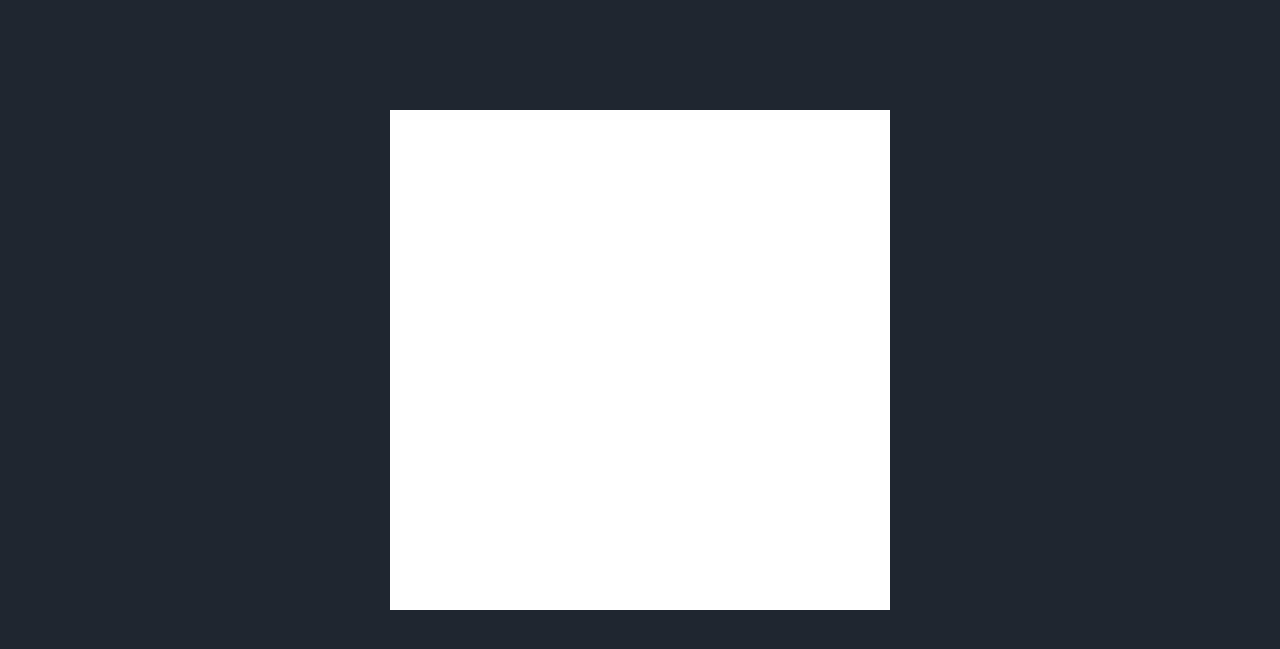
Repository: thecodeholic/cst-javascript-course
Page: /
An editor plug-in stored every save of this project. The page is shown before and after the next save, followed by the edit.
The browser window is 1280 px wide. The pictures show the whole page.
The project was rebuilt for these pictures with package versions that can differ from the ones it lists, and the page was loaded fresh each time.

Above is the page before, as saved 2020-11-25 09:32:31.

### index.html
<!doctype html>
<html lang="en">
  <head>
    <!-- Required meta tags -->
    <meta charset="utf-8">
    <meta name="viewport" content="width=device-width, initial-scale=1, shrink-to-fit=no">

    <!-- Bootstrap CSS -->
    <link rel="stylesheet" href="https://stackpath.bootstrapcdn.com/bootstrap/4.5.2/css/bootstrap.min.css" integrity="sha384-JcKb8q3iqJ61gNV9KGb8thSsNjpSL0n8PARn9HuZOnIxN0hoP+VmmDGMN5t9UJ0Z" crossorigin="anonymous">

    <title>Javascript Course</title>

    <link rel="stylesheet" href="app.css">
  </head>
  <body>
    <canvas id="myCanvas" width="500" height="500">Your browser does not support canvas</canvas>
    <script src="app.js"></script>
    <!-- <script src="homework.js"></script> -->
  </body>
</html>

### app.css
* {
    box-sizing: border-box;
}
html {
    height: 100%;
}

body {
    background-color: rgb(31, 38, 48);
    display: flex;
    align-items: center;
    justify-content: center;
    height: 100%;;
}

canvas {
    background-color: #FFF;

}

### app.js
// What is canvas?
// https://developer.mozilla.org/en-US/docs/Web/API/Canvas_API/Tutorial
// https://www.w3schools.com/html/html5_canvas.asp
// https://www.w3schools.com/graphics/canvas_intro.asp
// https://www.w3schools.com/graphics/canvas_reference.asp
// https://developer.mozilla.org/en-US/docs/Web/API/Canvas_API

// How to create it and use it
const canvas = document.getElementById('myCanvas');

// Draw rectangles
// =================
// fillRect

// strokeRect

// clearRect

// fillText

// strokeText

// Paths   beginPath, moveTo, lineTo, closePath, stroke, fill
// ==============

// Arcs
// ====================

// Draw image
// ====================

// Write text
// ====================

// Ball animation

Loaded but not shown: src/index.js (no copy from this time; the picture is the same without it)

After the next save:
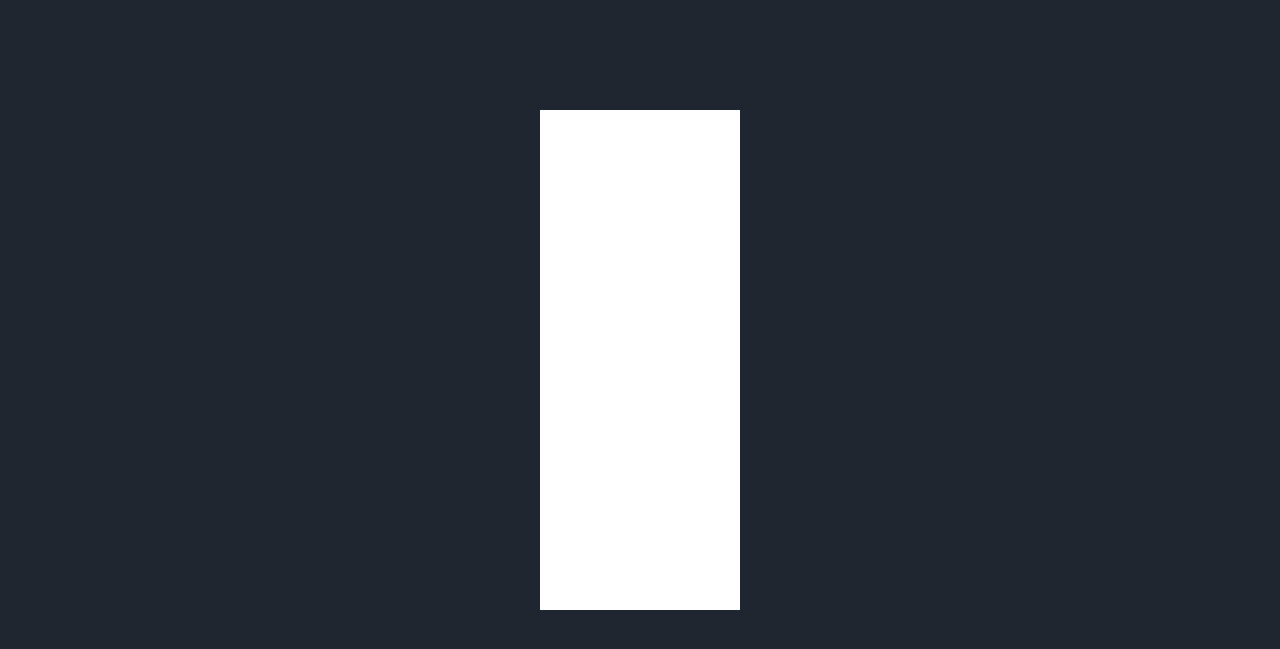
Saved 8 s later.
--- a/app.js
+++ b/app.js
@@ -7,6 +7,7 @@
 
 // How to create it and use it
 const canvas = document.getElementById('myCanvas');
+canvas.width = 200;
 
 // Draw rectangles
 // =================

After the save that followed:
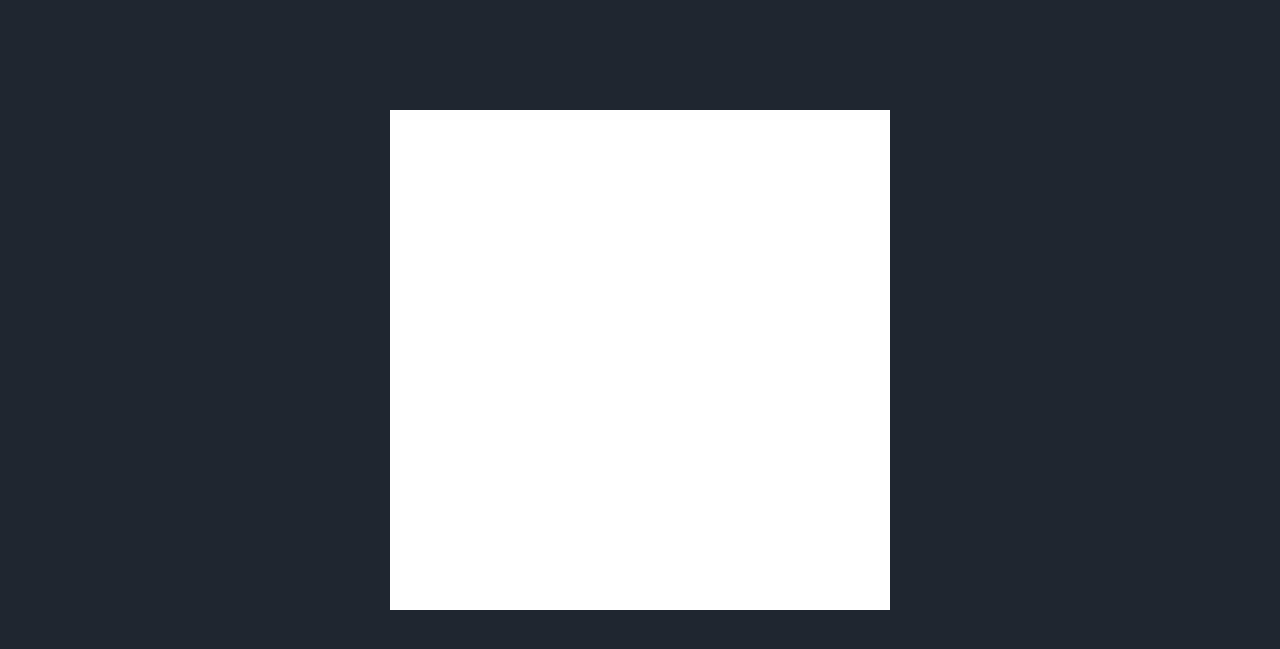
Saved 33 s later.
--- a/app.js
+++ b/app.js
@@ -7,7 +7,7 @@
 
 // How to create it and use it
 const canvas = document.getElementById('myCanvas');
-canvas.width = 200;
+const ctx = canvas.getContext('2d');
 
 // Draw rectangles
 // =================
